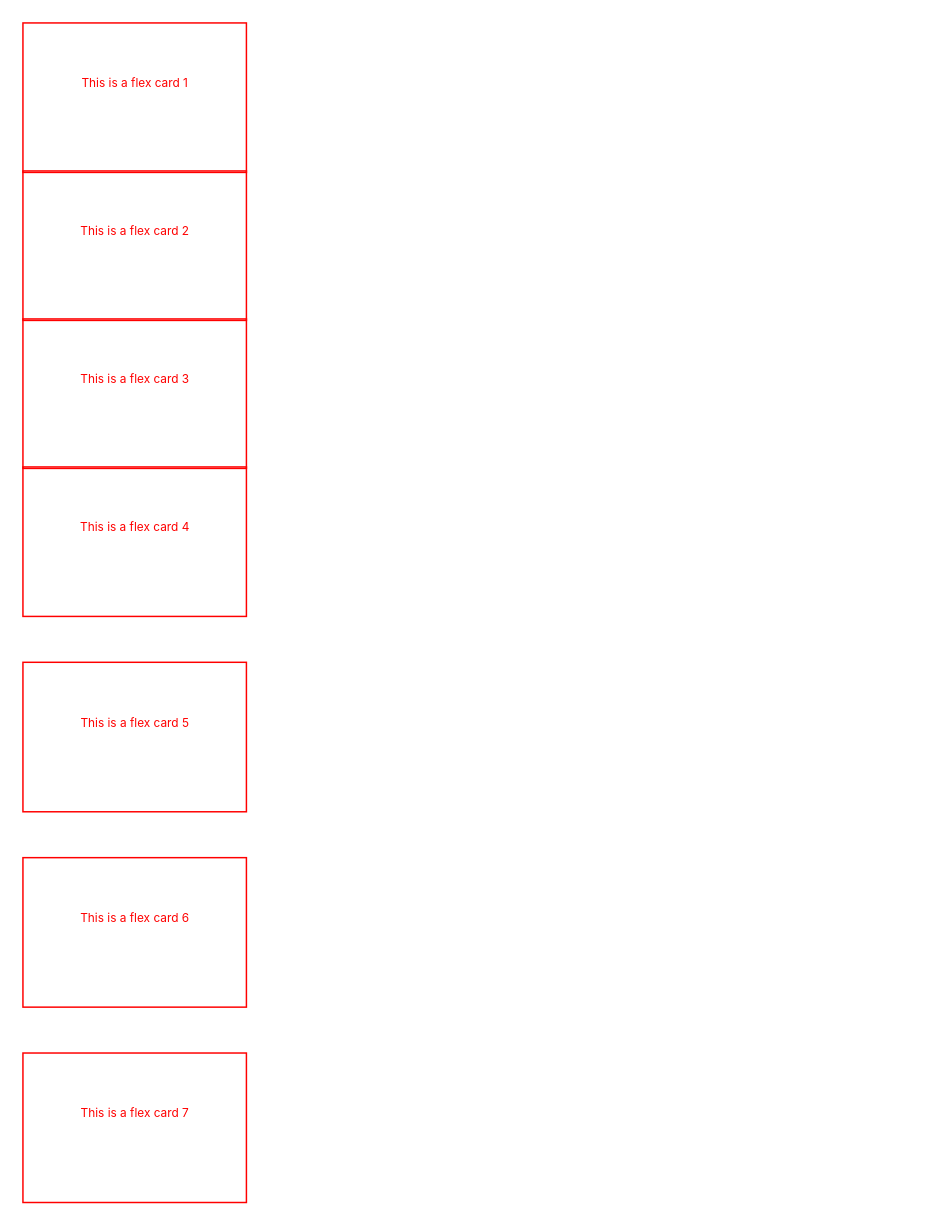
Repository: thai-shriya/anxiety-tracker
Page: /
These files come from the project's save history. The page is drawn as it stood at one moment and after the next save; the edit follows.
The browser window is 1280 px wide. The pictures show the whole page, at 74% of full size.
The project was rebuilt for these pictures with package versions that can differ from the ones it lists, and the page was loaded fresh each time.

Above is the page before, as saved 2024-04-22 14:45:05.

### src/App.js
import './App.css';

function App() {
  return (
    <div className='main-container'>
      <div className='flex-card-container'>
      <p className='flex-card-text'> This is a flex card 1</p>
      </div>
      <div className='flex-card-container'>
      <p className='flex-card-text'> This is a flex card 2</p>
      </div>
      <div className='flex-card-container'>
        <p className='flex-card-text'> This is a flex card 3</p>
      </div>
      <div className='flex-card-container'>
        <p className='flex-card-text'> This is a flex card 4</p>
      </div>
      <div className='flex-card-container'>
        <p className='flex-card-text'> This is a flex card 5</p>
      </div>
      <div className='flex-card-container'>
        <p className='flex-card-text'> This is a flex card 6</p>
      </div>
      <div className='flex-card-container'>
        <p className='flex-card-text'> This is a flex card 7</p>
      </div>

    </div>

  );
}

export default App;

### src/App.css
.main-container{
  display: grid;
  grid-template-rows: repeat(3, 200px);
}
.flex-card-container{
  border: 2px solid red;
  width: 300px;
  height: 200px;
  margin: 30px;

}

.flex-card-text{
  color:red;
  padding: 10px;
  text-align: center;
  margin: 60px;
}

Loaded but not shown: public/index.html (common file); src/index.js (common file); src/index.css (common file); src/reportWebVitals.js (common file)

After the next save:
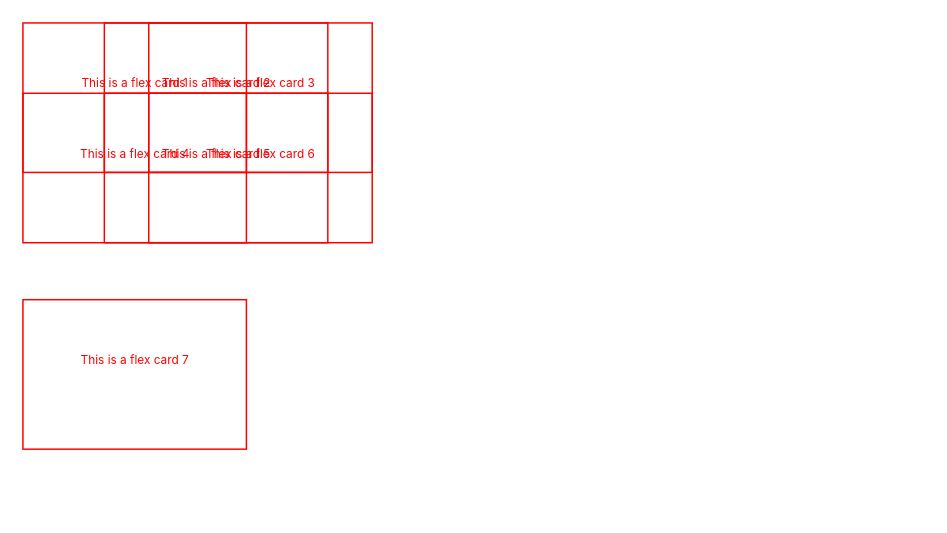
Saved 87 s later.
--- a/src/App.css
+++ b/src/App.css
@@ -1,6 +1,9 @@
 .main-container{
   display: grid;
-  grid-template-rows: repeat(3, 200px);
+ grid-template-columns: 100px 50px 100px;
+  grid-template-rows: 80px auto 80px;
+  column-gap: 10px;
+  row-gap: 15px;
 }
 .flex-card-container{
   border: 2px solid red;
